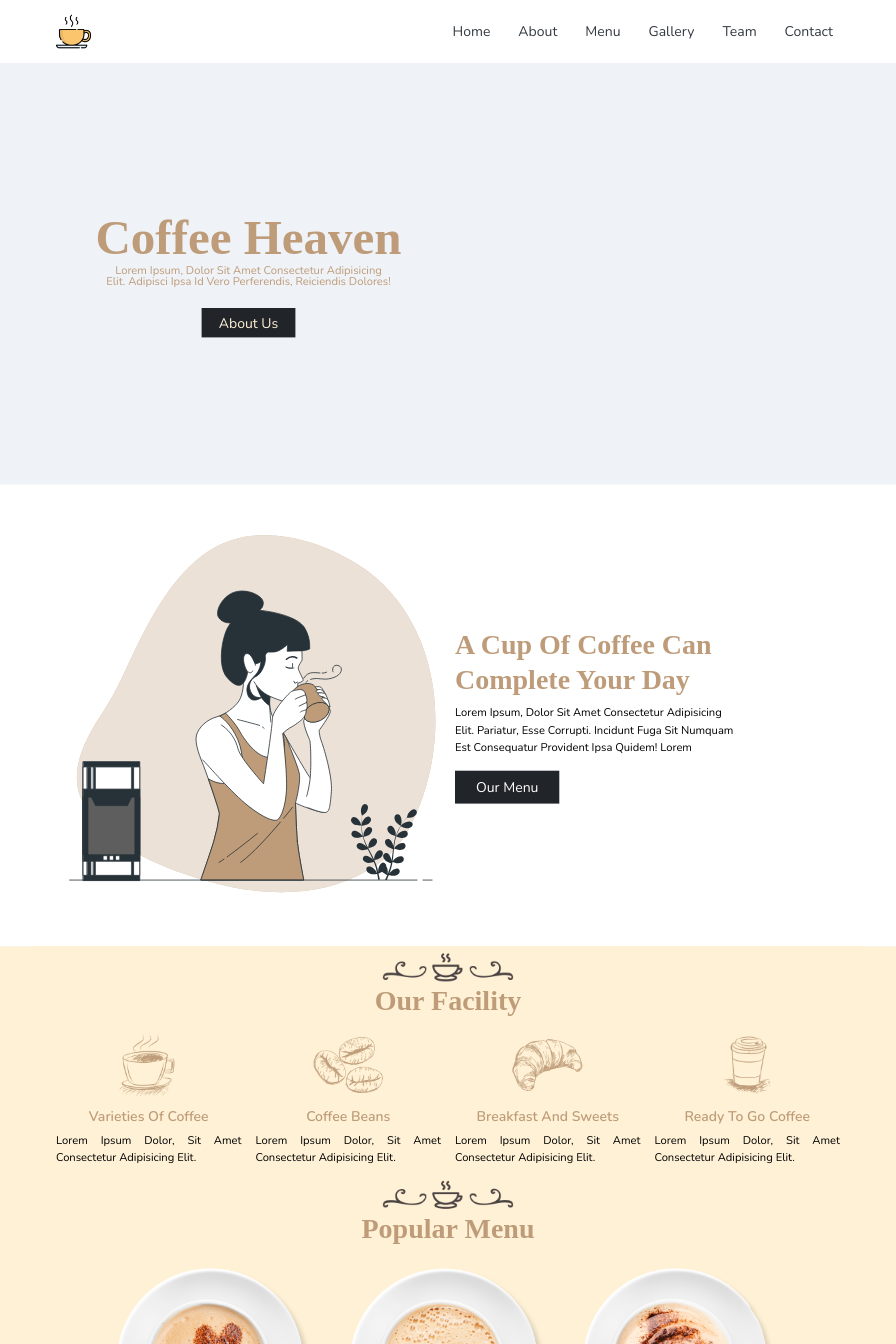
Repository: Ragavan728/coffee_full
Page: index.html
These files come from the project's save history. The page is drawn as it stood at one moment and after the next save; the edit follows.
The browser window is 1280 px wide. The pictures show the part of the page from y = 0 to 1920 px (the page is 5087 px tall), at 70% of full size.
Some web fonts or font styles are not loaded; a fallback is used.

Above is the page before, as saved 2025-02-10 15:59:47.

After the next save:
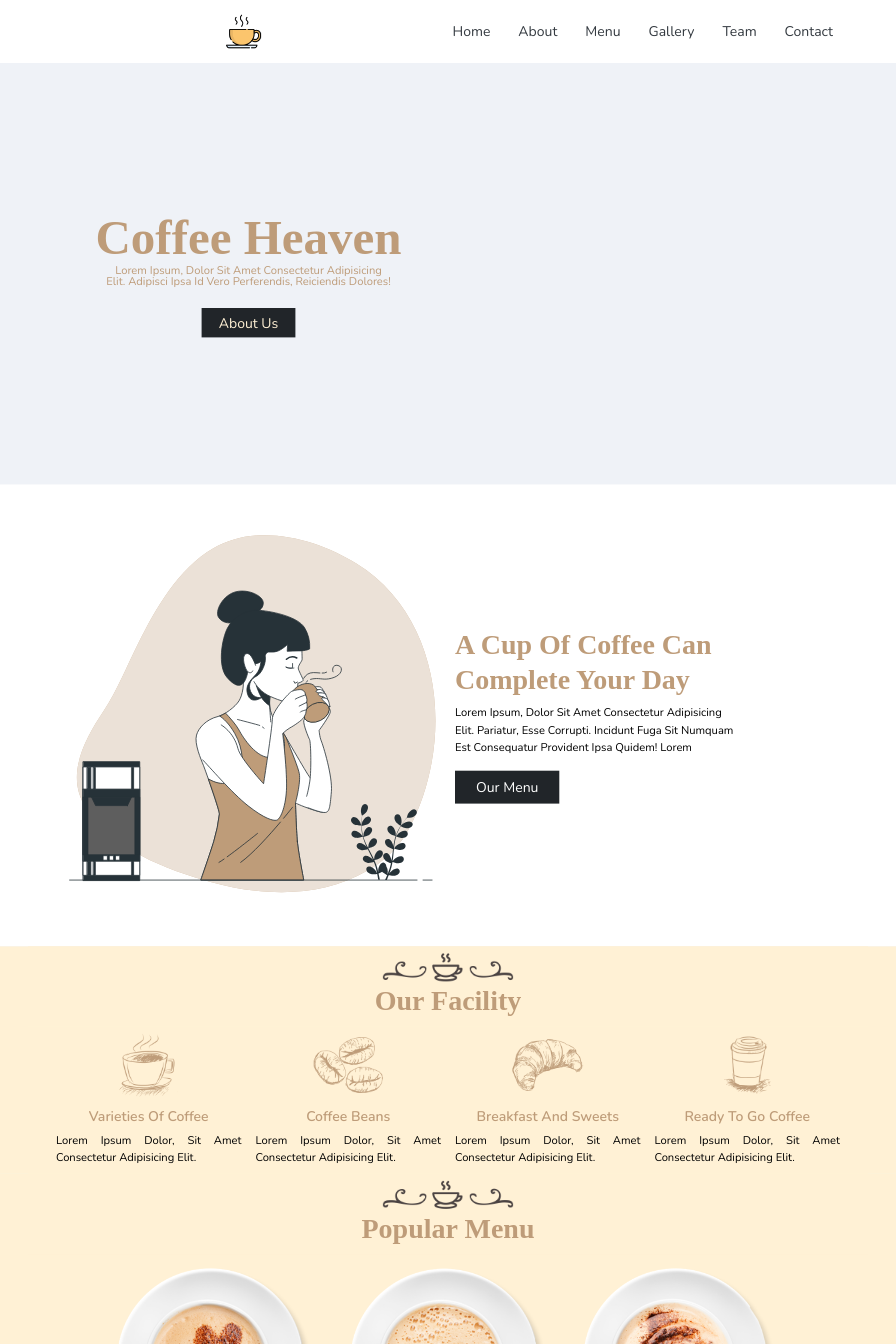
Saved 4 s later.
--- a/index.html
+++ b/index.html
@@ -19,7 +19,7 @@
             <div class="navContainer align"> <!-- componentContainer -->
                 <div class="navBody grid-2"> <!-- row 1 -->
                     <div class="logoBlock dflex"> <!-- column 1 -->
-                        <figure class="logoBox dflex"> <!-- subColumn 1 -->
+                        <figure class="logoBox dflex-col"> <!-- subColumn 1 -->
                             <img src="./assets/images/logo.png" alt="logo">
                         </figure>
                     </div>

After the save that followed:
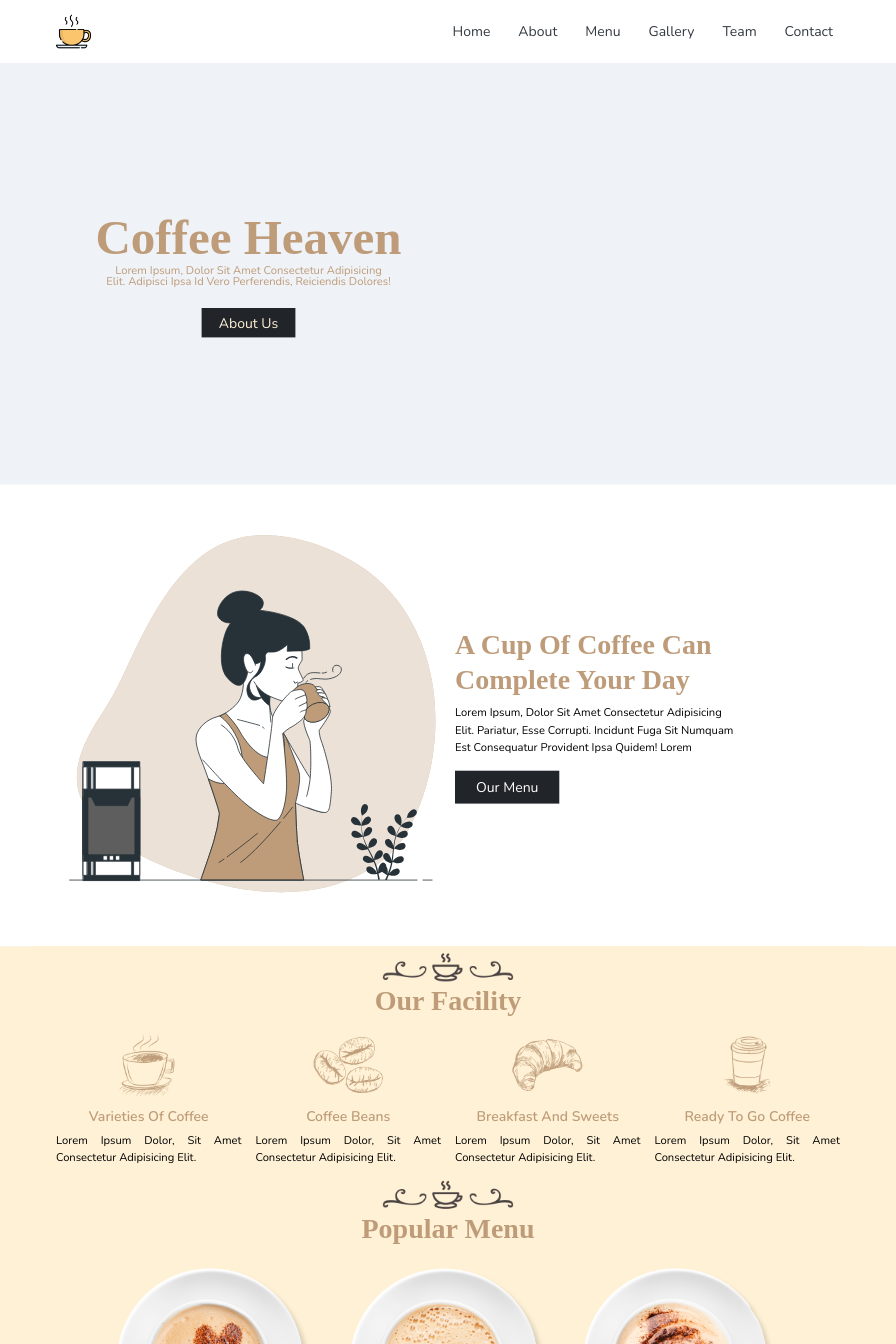
Saved 5 s later.
--- a/index.html
+++ b/index.html
@@ -19,7 +19,7 @@
             <div class="navContainer align"> <!-- componentContainer -->
                 <div class="navBody grid-2"> <!-- row 1 -->
                     <div class="logoBlock dflex"> <!-- column 1 -->
-                        <figure class="logoBox dflex-col"> <!-- subColumn 1 -->
+                        <figure class="logoBox dflex"> <!-- subColumn 1 -->
                             <img src="./assets/images/logo.png" alt="logo">
                         </figure>
                     </div>
